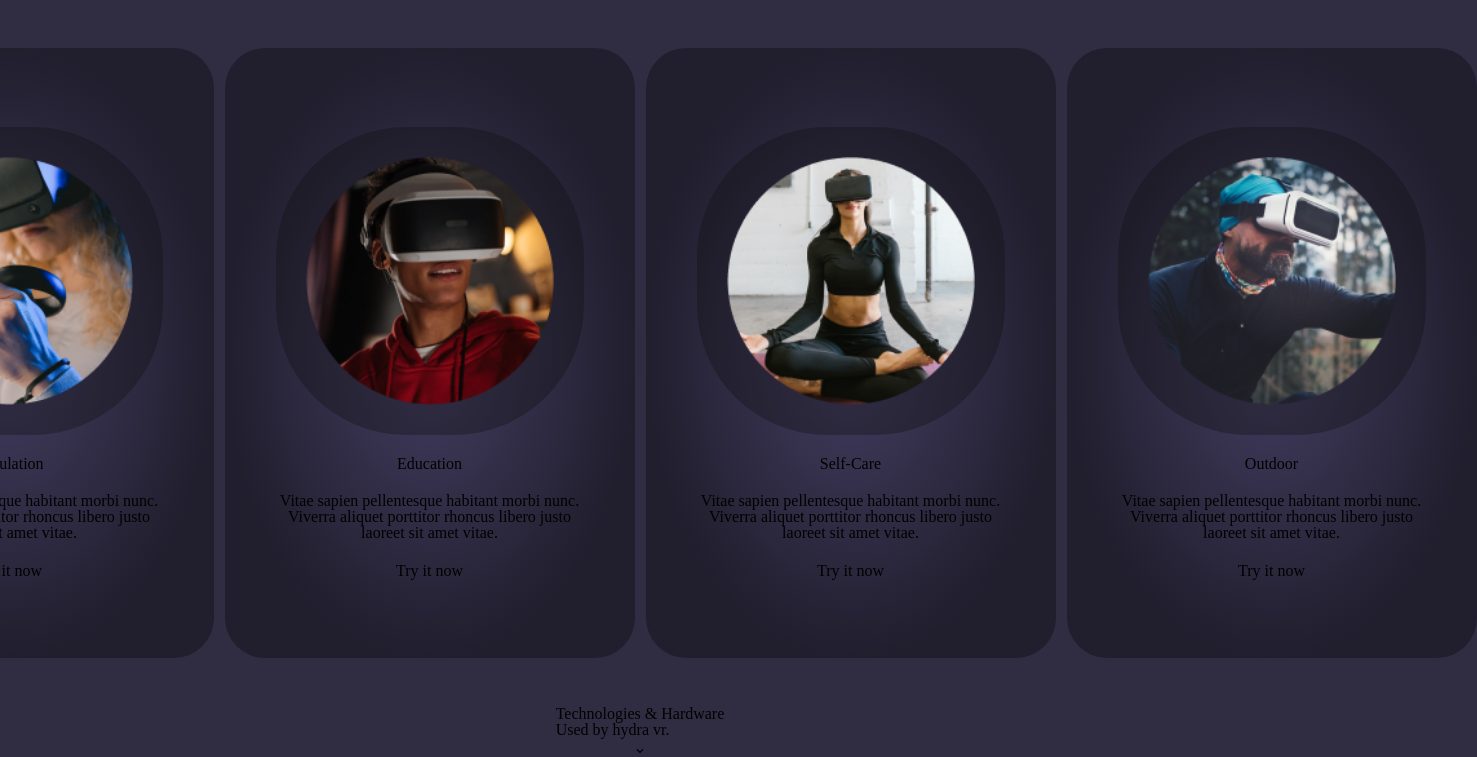
Repository: xMargi/Hydra-LandingPage
Page: index.html
These files come from the project's save history. The page is drawn as it stood at one moment and after the next save; the edit follows.
The browser window is 1280 px wide. The page is 1477 px wide, so the pictures cover 1477 px, including what lies to the right of the window. The pictures show the whole page.

Above is the page before, as saved 2023-06-07 20:22:38.

### index.html
    <!DOCTYPE html>
    <html lang="pt-br">
    <head>
        <meta charset="UTF-8">
        <meta http-equiv="X-UA-Compatible" content="IE=edge">
        <meta name="viewport" content="width=device-width, initial-scale=1.0">
        <title>Hydra - Landing Page</title>
        <link rel="stylesheet" href="./reset.css">
        <link rel="stylesheet" href="./style.css">
    </head>
    <body>
        <div class="cartoes">
            <div class="cartao">
                <img src="./assets/1.png" alt="Mulher jogando em realidade virtual" class="cartao__img">
                <h1 class="cartao__titulo">Simulation</h1>
                <p class="cartao__paragrafo">Vitae sapien pellentesque habitant morbi
                nunc. Viverra aliquet porttitor rhoncus
                libero justo laoreet sit amet vitae.</p>
                <button class="cartao__button">Try it now</button>
            </div>
            <div class="cartao">
                <img src="./assets/2.png" alt="Homem usando um óculos de realidade virtual" class="cartao__img">
                <h1 class="cartao__titulo">Education</h1>
                <p class="cartao__paragrafo">Vitae sapien pellentesque habitant morbi
                nunc. Viverra aliquet porttitor rhoncus
                libero justo laoreet sit amet vitae.</p>
                <button class="cartao__button">Try it now</button>
            </div>
            <div class="cartao">
                <img src="./assets/3.png" alt="Mulher meditando com óculos de realidade virtual" class="cartao__img">
                <h1 class="cartao__titulo">Self-Care</h1>
                <p class="cartao__paragrafo">Vitae sapien pellentesque habitant morbi
                nunc. Viverra aliquet porttitor rhoncus
                libero justo laoreet sit amet vitae.</p>
                <button class="cartao__button">Try it now</button>
            </div>
            <div class="cartao">
                <img src="./assets/4.png" alt="Homem fazendo exercicíos utilizando um óculos de realidade virtual" class="cartao__img">
                <h1 class="cartao__titulo">Outdoor</h1>
                <p class="cartao__paragrafo">Vitae sapien pellentesque habitant morbi
                nunc. Viverra aliquet porttitor rhoncus
                libero justo laoreet sit amet vitae.</p>
                <button class="cartao__button">Try it now</button>
            </div>
        </div>
        <div class="container__imagem">
            <h1 class="imagem__titulo">Technologies & Hardware</h1>
            <p class="imagem__paragrafo">Used by hydra vr.</p>
        </div>
        <button class="botao__baixo">&#8964</button>
        <script src="./script.js"></script>
    </body>
    </html>

### style.css
@import url('https://fonts.googleapis.com/css2?family=Montserrat:wght@300;400;700&display=swap');

:root{

    --fonte: 'Montserrat', sans-serif;
    --cor-fundo: #302C42;
    --cor-cartao: radial-gradient(50% 50% at 50% 50%, #433D60 0%, #211E2E 100%);
    --cor-button: linear-gradient(90deg, #8176AF 0%, #C0B7E8 100%);
    --cor-branca: #FFFFFF;
    --cor-texto: #343045;
    --cor-sombra: rgba(14, 14, 14, 0.32);

}

body{
    box-sizing: border-box;
    background: var(--cor-fundo);
    display: flex;
    align-items: center;
    flex-direction: column;

}

.cartoes{
    margin:3rem 5.4375rem;
    display: flex;
    gap: 0.6875rem;

}

.cartao{
    background: var(--cor-cartao);
    display: flex;
    flex-direction: column;
    gap: 1.3125rem;
    align-items: center;
    justify-content: center;
    text-align: center;
    padding: 3.125rem;
    border-radius: 40px;
    height: 31.875rem;
    width: 19.375rem;
}

.cartao__img{
    background: var(--cor-sombra);
    border-radius: 130px;
    padding: 30px;
    width: 80%;


}

Loaded but not shown: main/reset.css (common file); script.js (no copy from this time; the picture is the same without it)

After the next save:
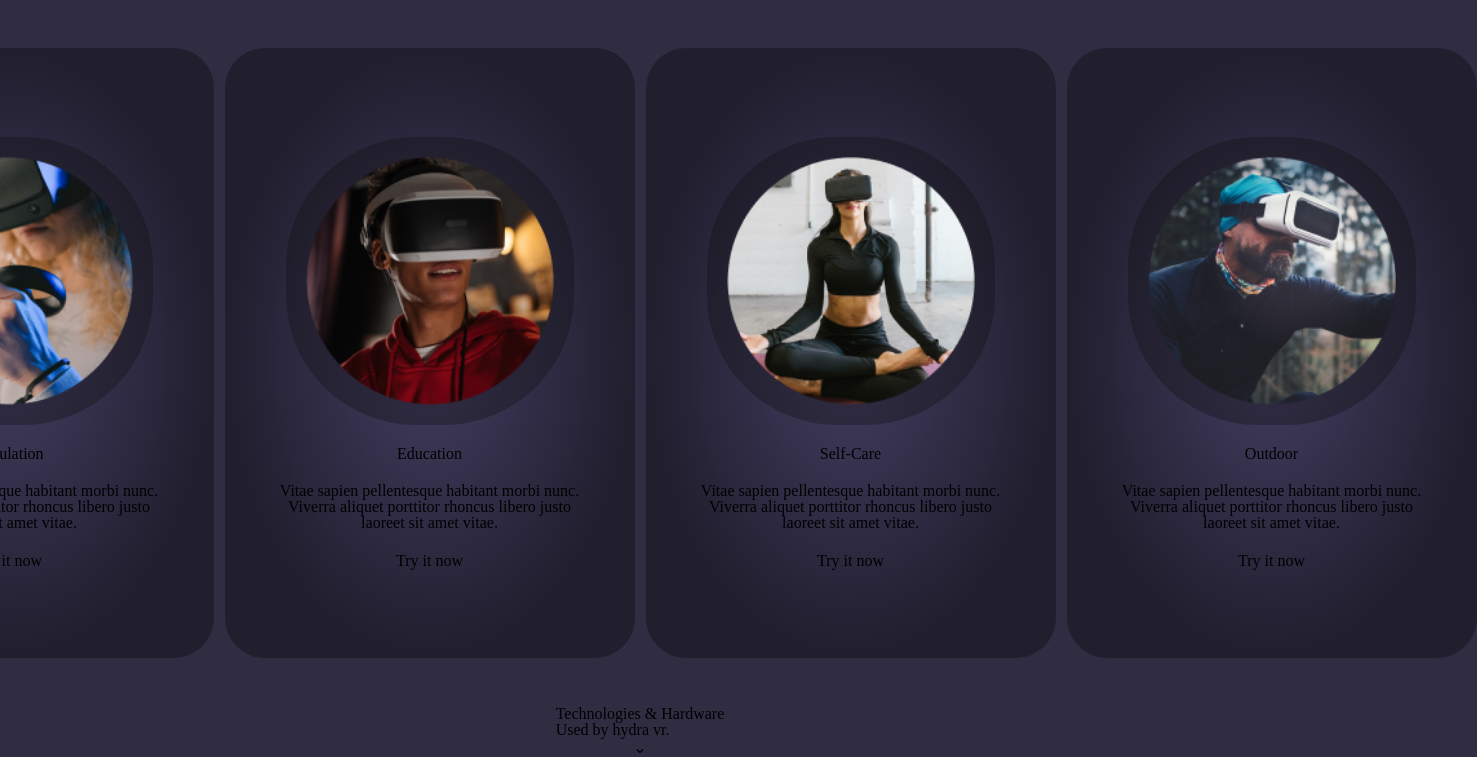
Saved 4 s later.
--- a/style.css
+++ b/style.css
@@ -45,7 +45,7 @@ body{
 .cartao__img{
     background: var(--cor-sombra);
     border-radius: 130px;
-    padding: 30px;
+    padding: 20px;
     width: 80%;
 
 
